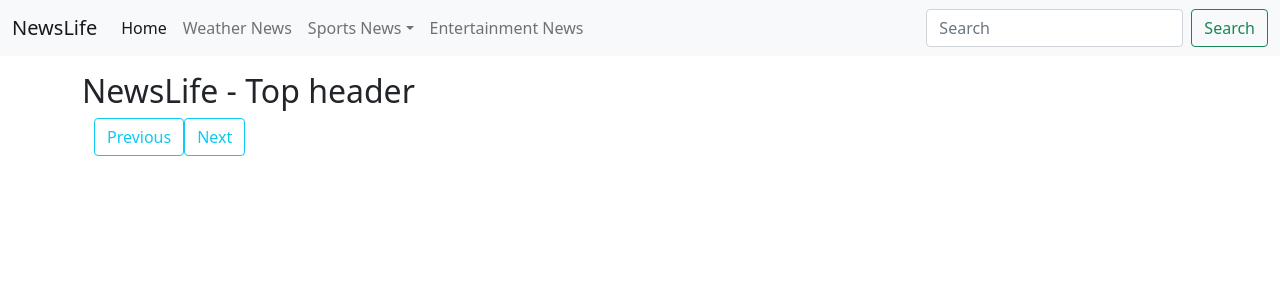
Repository: R-cpu-jpg/Newsapp.github.io
Page: /
An editor plug-in stored every save of this project. The page is shown before and after the next save, followed by the edit.
The browser window is 1280 px wide. The pictures show the whole page.
The page's requests for data from a server got no answer. The project was rebuilt for these pictures with package versions that can differ from the ones it lists, and the page was loaded fresh each time. No one was signed in, and anything a server would have sent is missing. Also part of the build but not shown: src/index.css, src/App.css, src/Components/NewsItem.js.

Above is the page before, as saved 2023-01-19 11:27:54.

### public/index.html
<!DOCTYPE html>
<html lang="en">
  <head>
    <meta charset="utf-8" />
    <link rel="icon" href="%PUBLIC_URL%/favicon.ico" />
    <meta name="viewport" content="width=device-width, initial-scale=1" />
    <meta name="theme-color" content="#000000" />
    <meta
      name="description"
      content="NewsLife is the site who grab the most of useful information about the all our world. It is also international website that contains the latest news. If you are interested in news of Weather, Politics, Sports, and Film industries. NewsLife is only for you."
    />
    <link rel="apple-touch-icon" href="%PUBLIC_URL%/logo192.png" />
    <!--
      manifest.json provides metadata used when your web app is installed on a
      user's mobile device or desktop. See https://developers.google.com/web/fundamentals/web-app-manifest/
    -->
    <link rel="manifest" href="%PUBLIC_URL%/manifest.json" />
    <link href="https://cdn.jsdelivr.net/npm/bootstrap@5.0.2/dist/css/bootstrap.min.css" rel="stylesheet" integrity="sha384-EVSTQN3/azprG1Anm3QDgpJLIm9Nao0Yz1ztcQTwFspd3yD65VohhpuuCOmLASjC" crossorigin="anonymous">
    <!--
      Notice the use of %PUBLIC_URL% in the tags above.
      It will be replaced with the URL of the `public` folder during the build.
      Only files inside the `public` folder can be referenced from the HTML.

      Unlike "/favicon.ico" or "favicon.ico", "%PUBLIC_URL%/favicon.ico" will
      work correctly both with client-side routing and a non-root public URL.
      Learn how to configure a non-root public URL by running `npm run build`.
    -->
    <title>NewsLife - get daily news free!</title>
  </head>
  <body>
    <noscript>You need to enable JavaScript to run this app.</noscript>
    <div id="root"></div>
    <!--
      This HTML file is a template.
      If you open it directly in the browser, you will see an empty page.

      You can add webfonts, meta tags, or analytics to this file.
      The build step will place the bundled scripts into the <body> tag.

      To begin the development, run `npm start` or `yarn start`.
      To create a production bundle, use `npm run build` or `yarn build`.
    -->
    <script src="https://cdn.jsdelivr.net/npm/@popperjs/core@2.9.2/dist/umd/popper.min.js" integrity="sha384-IQsoLXl5PILFhosVNubq5LC7Qb9DXgDA9i+tQ8Zj3iwWAwPtgFTxbJ8NT4GN1R8p" crossorigin="anonymous"></script>
<script src="https://cdn.jsdelivr.net/npm/bootstrap@5.0.2/dist/js/bootstrap.min.js" integrity="sha384-cVKIPhGWiC2Al4u+LWgxfKTRIcfu0JTxR+EQDz/bgldoEyl4H0zUF0QKbrJ0EcQF" crossorigin="anonymous"></script>
  </body>
</html>

### src/App.js

import './App.css';

import React, { Component } from 'react'
import Navbar from './Components/Navbar';
import News from './Components/News';

export default class App extends Component {
  render() {
    return (
      <div>
        <Navbar/>
        <News/>
      </div>
    )
  }
}

### src/Components/Navbar.js
import React, { Component } from 'react'

export class Navbar extends Component {

  render() {
    return (
      <div>
        <nav className="navbar navbar-expand-lg navbar-light bg-light">
            <div className="container-fluid">
                <a className="navbar-brand" href="#">NewsLife</a>
                <button className="navbar-toggler" type="button" data-bs-toggle="collapse" data-bs-target="#navbarSupportedContent" aria-controls="navbarSupportedContent" aria-expanded="false" aria-label="Toggle navigation">
                <span className="navbar-toggler-icon"></span>
                </button>
                <div className="collapse navbar-collapse" id="navbarSupportedContent">
                <ul className="navbar-nav me-auto mb-2 mb-lg-0">
                    <li className="nav-item">
                    <a className="nav-link active" aria-current="page" href="/">Home</a>
                    </li>
                    <li className="nav-item">
                    <a className="nav-link" href="/">Weather News</a>
                    </li>
                    <li className="nav-item dropdown">
                    <a className="nav-link dropdown-toggle" href="/" id="navbarDropdown" role="button" data-bs-toggle="dropdown" aria-expanded="false">
                        Sports News
                    </a>
                    <ul className="dropdown-menu" aria-labelledby="navbarDropdown">
                        <li><a className="dropdown-item" href="/">Basketball</a></li>
                        <li><a className="dropdown-item" href="/">Football</a></li>
                        <li><a className="dropdown-item" href="/">Hockey</a></li>
                        <li><a className="dropdown-item" href="/">Badminton</a></li>
                        <li><a className="dropdown-item" href="/">judo</a></li>
                        <li><hr className="dropdown-divider"/></li>
                        <li><a className="dropdown-item" href="/">More....</a></li>
                    </ul>
                    </li>
                    <li className="nav-item">
                    <a className="nav-link" href="/">Entertainment News</a>
                    </li>
                </ul>
                <form className="d-flex">
                    <input className="form-control me-2" type="search" placeholder="Search" aria-label="Search"/>
                    <button className="btn btn-outline-success" type="submit">Search</button>
                </form>
                </div>
            </div>
        </nav>
      </div>
    )
  }
}

export default Navbar

### src/Components/News.js
import React, { Component } from 'react';

import { NewsItem } from './NewsItem';

      export class News extends Component {
          constructor(){
              super();
              this.state = {
                  articles: [],
                  loading: false,
                  page:1,

          }
      }

      async componentDidMount(){
          let url = "https://newsapi.org/v2/top-headlines?country=in&apiKey=12c50882365b459b917dc014159fcd84&page=1pageSize=10";
          let data = await fetch(url);
          let parsedData = await data.json()
          console.log(parsedData);
          this.setState({articles: parsedData.articles})

      }

      handlePrivCheck = async () => {
          console.log("Previous");
          let url = `https://newsapi.org/v2/top-headlines?country=in&apiKey=12c50882365b459b917dc014159fcd84&page=${this.state.page - 1}`;
          let data = await fetch(url);
          let parsedData = await data.json()
          console.log(parsedData);
          this.setState({
            page: this.state.page - 1,
            articles: parsedData.articles
          })
      }

      handlePrevCheck = async () => {
        console.log("Next");
        let url = `https://newsapi.org/v2/top-headlines?country=in&apiKey=12c50882365b459b917dc014159fcd84&page=${this.state.page + 1}`;
        let data = await fetch(url);
        let parsedData = await data.json()
        console.log(parsedData);
        this.setState({
          page: this.state.page + 1,
          articles: parsedData.articles
        })
      }


    render() {
        return (
            <div className="container my-3">
                <h2>NewsLife - Top header</h2>
                <div className="row">
                {this.state.articles.map((element)=>{
                return  <div className="col-md-4" key={element.url}>
                            <NewsItem title={element.title?element.title. slice(0, 45):""} description={element.description?element.description. slice(0, 88):""} imageUrl={element.urlToImage} newsUrl={element.url}></NewsItem>
                        </div>
                })}
                </div>
                <div className="container">
                  <button type="button" class="btn btn-outline-info">Previous</button>
                  <button type="button" class="btn btn-outline-info">Next</button>
                </div>
            </div>
        )
    }
  }

export default News

Loaded but not shown: src/index.js (common file); src/reportWebVitals.js (common file)

After the next save:
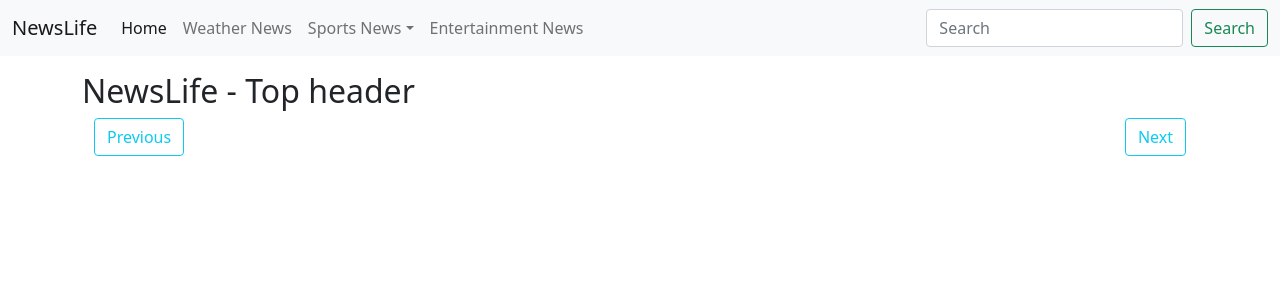
Saved 2 min 11 s later.
--- a/src/Components/News.js
+++ b/src/Components/News.js
@@ -58,7 +58,7 @@
                         </div>
                 })}
                 </div>
-                <div className="container">
+                <div className="container d-flex justify-content-between">
                   <button type="button" class="btn btn-outline-info">Previous</button>
                   <button type="button" class="btn btn-outline-info">Next</button>
                 </div>
